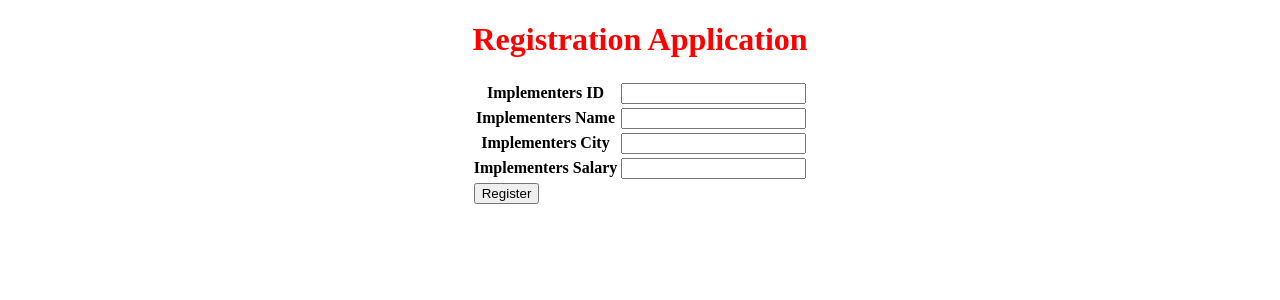
Repository: manjunath1718/All-Programs-of-Spring
Page: http://localhost/SpringMvcFormSpringTagLib/view/register.jsp
The author's editor kept a copy of each file at every save. The page is drawn from the files as they stood at one save, then again after the next save.
The browser window is 1280 px wide. The pictures show the whole page.
The page is served by Tomcat 10. Other server files are loaded and not shown.

Above is the page before, as saved 2024-08-07 12:16:08.

### SpringMvcFormSpringTagLib/src/main/webapp/view/register.jsp
<%@ page language="java" contentType="text/html; charset=UTF-8"
    pageEncoding="UTF-8"%>
<!DOCTYPE html>
<html>
<head>
<meta charset="UTF-8">
<title>Insert title here</title>
</head>
<body>
<center>
   		<h1 style=' color: red; text-align:center'> Registration Application</h1>
         <form method="post" >
            <table>
                  <tr>
                  <th> Implementers ID</th>
                  <td> <input type="text" name="id"></td>
                  </tr>

                   <tr>
                  <th> Implementers Name</th>
                  <td> <input type="text" name="iname"></td>
                  </tr>

                  <tr>
                  <th> Implementers City</th>
                  <td> <input type="text" name="icity"></td>
                  </tr>

                   <tr>
                  <th> Implementers Salary</th>
                  <td> <input type="text" name="isalary"></td>
                  </tr>

                   <tr>

                  <td> <input type="submit" value="Register"></td>
                  </tr>


            </table>

         </form>

   </center>

</body>
</html>

After the next save:
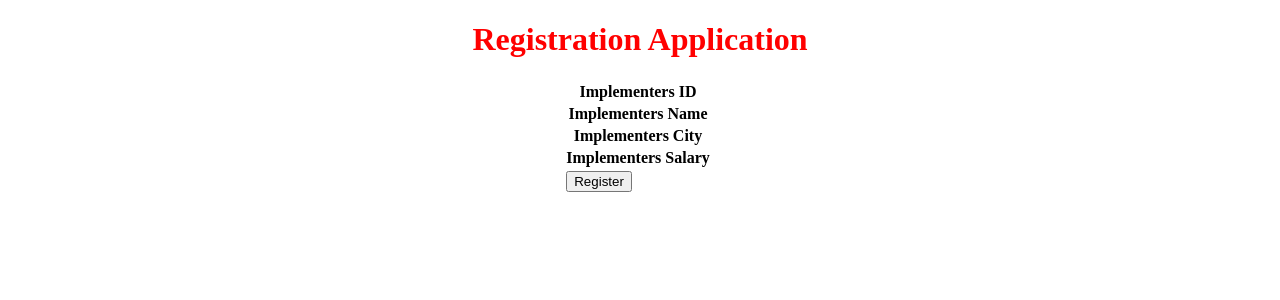
Saved 4 min 29 s later.
--- a/SpringMvcFormSpringTagLib/src/main/webapp/view/register.jsp
+++ b/SpringMvcFormSpringTagLib/src/main/webapp/view/register.jsp
@@ -9,26 +9,26 @@
 <body>
 <center>
    		<h1 style=' color: red; text-align:center'> Registration Application</h1>
-         <form method="post" >
+         <form:form method="post" modelAttribute="impl" >
             <table>
                   <tr>
                   <th> Implementers ID</th>
-                  <td> <input type="text" name="id"></td>
+                  <td> <form:input path="id"/></td>
                   </tr>
 
                    <tr>
                   <th> Implementers Name</th>
-                  <td> <input type="text" name="iname"></td>
+                  <td> <form:input path="iname"/></td>
                   </tr>
 
                   <tr>
                   <th> Implementers City</th>
-                  <td> <input type="text" name="icity"></td>
+                  <td> <form:input path="icity"/></td>
                   </tr>
 
                    <tr>
                   <th> Implementers Salary</th>
-                  <td> <input type="text" name="isalary"></td>
+                  <td> <form:input path="isalary"/></td>
                   </tr>
 
                    <tr>
@@ -39,9 +39,8 @@
 
             </table>
 
-         </form>
+         </form:form>
 
    </center>
-
 </body>
 </html>
